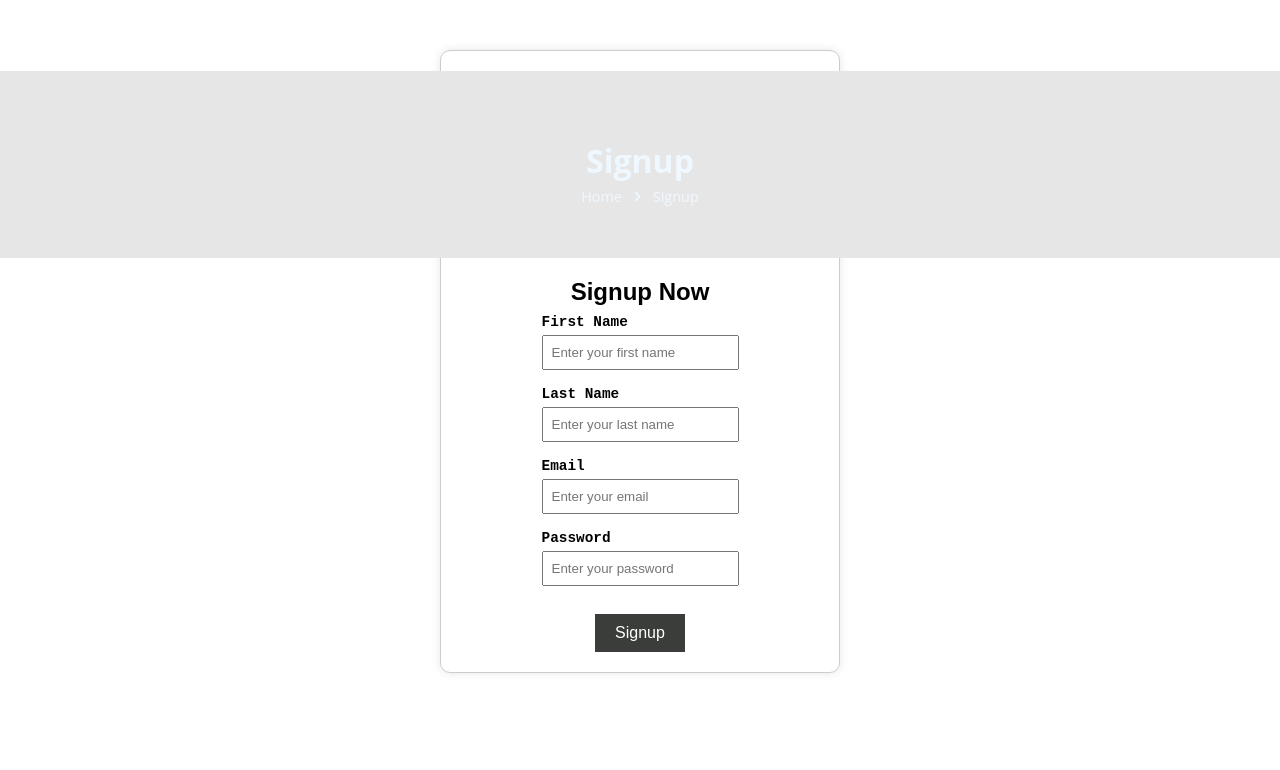
Repository: jkvekariya/Online-store-Management
Page: /auth/signup (app in frontend/client/)
These files come from the project's save history. The page is drawn as it stood at one moment and after the next save; the edit follows.
The browser window is 1280 px wide. The pictures show the whole page.
The project was rebuilt for these pictures with package versions that can differ from the ones it lists, and the page was loaded fresh each time. Also part of the build but not shown: frontend/client/vite.config.js, frontend/client/src/css/header.css, frontend/client/src/css/sidebar.css, frontend/client/src/components/Sidebar.jsx, frontend/client/src/context/CartContext.jsx, frontend/client/src/components/Header.jsx, frontend/client/src/css/footer.css, frontend/client/src/components/Footer.jsx and 11 more.

Above is the page before, as saved 2026-01-02 13:35:59.

After the next save:
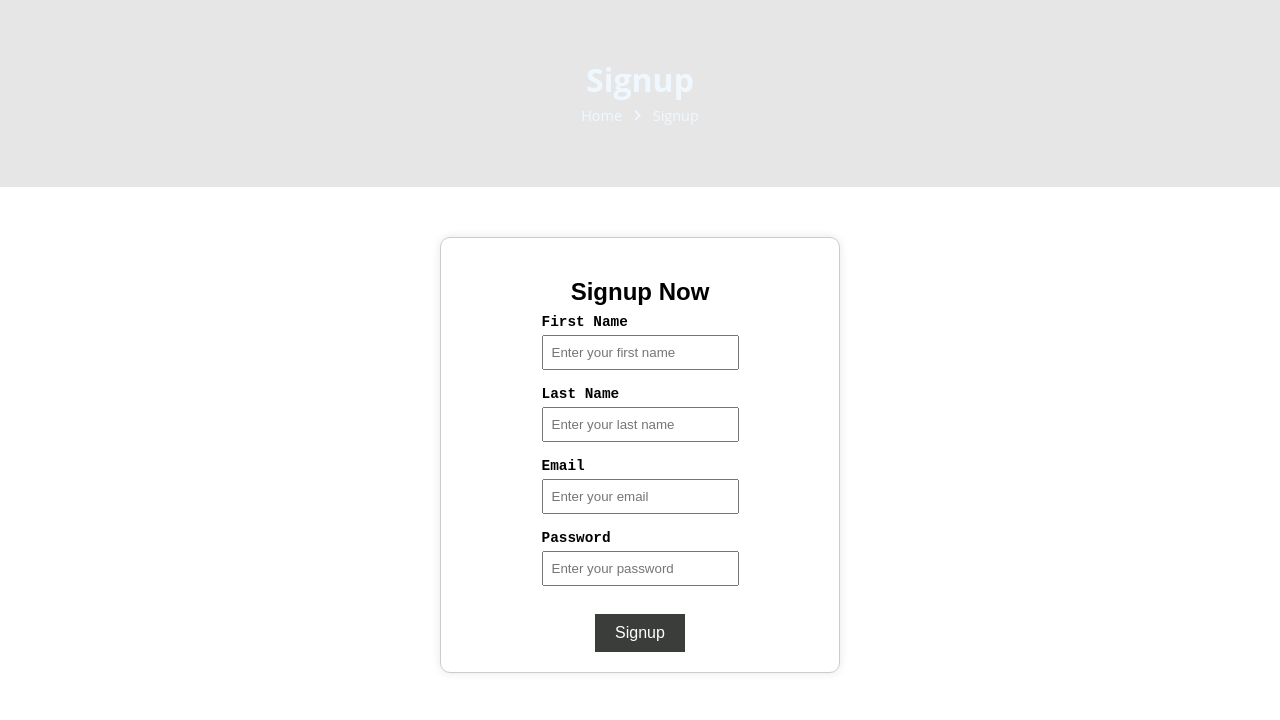
Saved 29 s later.
--- a/frontend/client/src/pages/auth/Signup.jsx
+++ b/frontend/client/src/pages/auth/Signup.jsx
@@ -11,8 +11,8 @@ const Signup = () => {
 
   return (
     <>
+    <Bodyheader title="Signup" />
     <div className='main-container'>
-        <Bodyheader title="Signup" />
       <h2>Signup Now</h2>
       <div className='first-name-box'>
             <label htmlFor="text">First Name</label>
